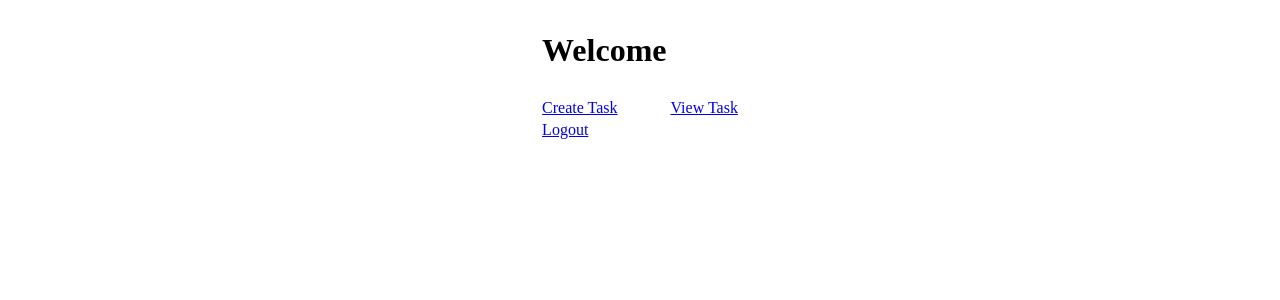
Repository: Dikshak1116/JavaProjects
Page: http://localhost/MyTestApp/views/welcome.jsp
These files come from the project's save history. The page is drawn as it stood at one moment and after the next save; the edit follows.
The browser window is 1280 px wide. The pictures show the whole page.
The page is served by Tomcat 9. Other server files are loaded and not shown.

Above is the page before, as saved 2023-03-13 20:56:43.

### MyTestApp/src/main/webapp/views/welcome.jsp
<%@ page language="java" contentType="text/html; charset=ISO-8859-1"
    pageEncoding="ISO-8859-1"%>

<%@ taglib uri="http://www.springframework.org/tags/form" prefix="form"%>

<!DOCTYPE html>
<html>
<head>
<meta charset="ISO-8859-1">
<title>Welcome</title>
</head>
<body>

<font color='green'>${msg}</font>
<table align="center">
<%
    String email=request.getParameter("email");
    session.setAttribute("Email",email);
  %>
            <tr>
                <td><h1>Welcome ${sessionScope.username }</h1></td>

            </tr>
            <tr>
            </tr>
            <tr>
            </tr>

            <tr>
            <td><a href="task">Create Task</a></td>
			<td><a href="viewTask">View Task</a></td>
			<tr>
                <td><a href="/">Logout</a>
                </td>
            </tr>
            </tr>
        </table>
</body>
</html>

After the next save:
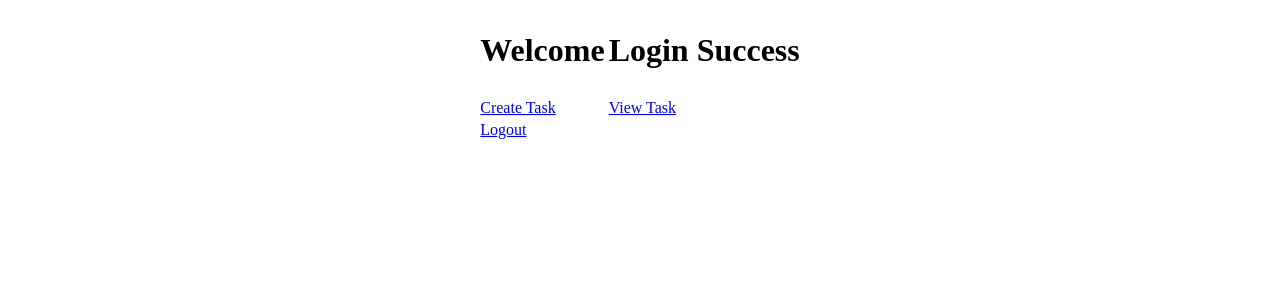
Saved 97 s later.
--- a/MyTestApp/src/main/webapp/views/welcome.jsp
+++ b/MyTestApp/src/main/webapp/views/welcome.jsp
@@ -19,6 +19,7 @@
   %>
             <tr>
                 <td><h1>Welcome ${sessionScope.username }</h1></td>
+                <td><h1>Login Success</h1></td>
 
             </tr>
             <tr>
